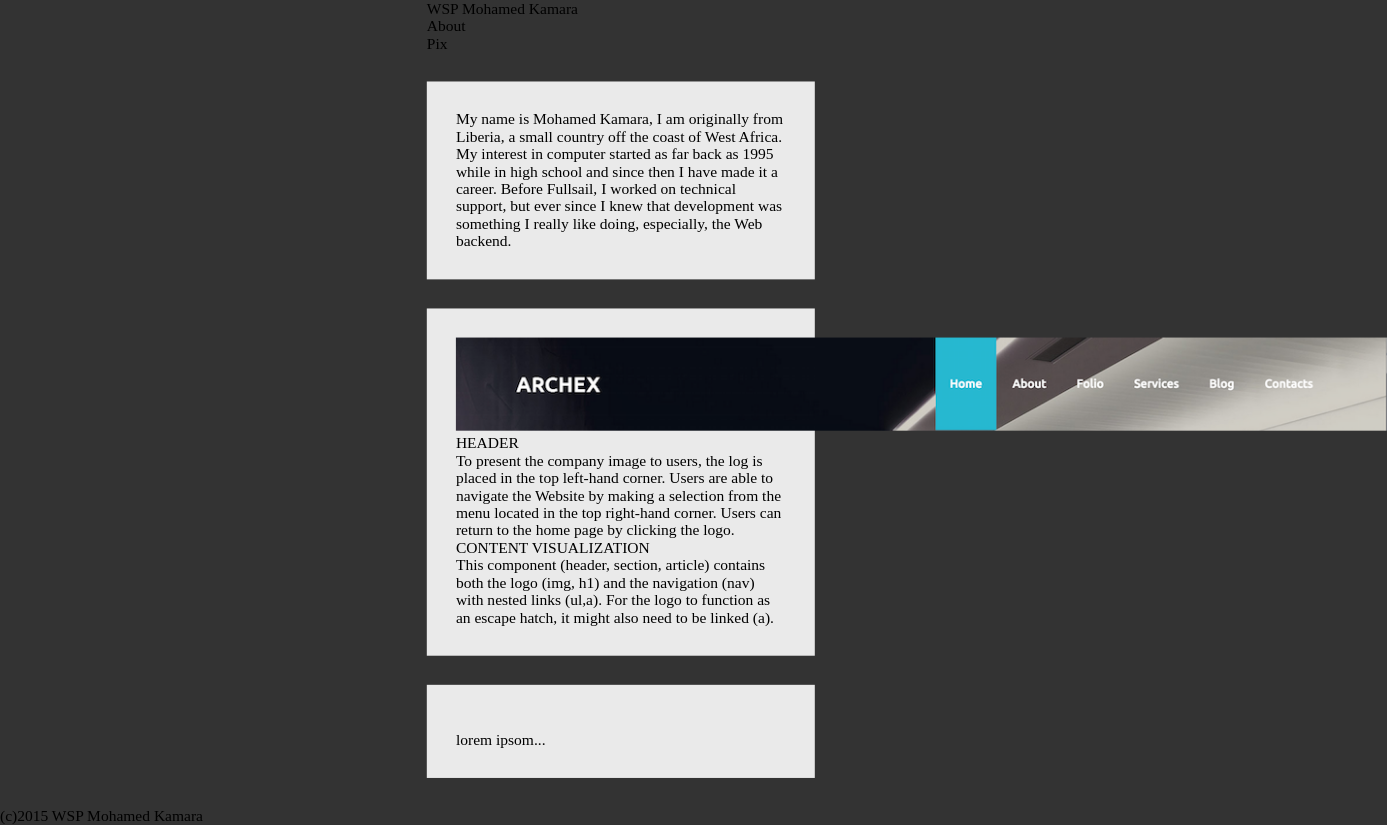
Repository: makamara/WSP_Project
Page: wsp/index.html
An editor plug-in stored every save of this project. The page is shown before and after the next save, followed by the edit.
The browser window is 1280 px wide. The page is 1430 px wide, so the pictures cover 1430 px, including what lies to the right of the window. The pictures show the whole page, at 97% of full size.

Above is the page before, as saved 2015-09-15 05:21:18.

### wsp/index.html
<!DOCTYPE html>
<html>
<head>
	<title>WSP: Mohamed Kamara</title>
	<link rel="stylesheet" type="text/css" href="css/reset.css" />
	<link rel="stylesheet" type="text/css" href="css/main.css" />
</head>
<body>


	<!-- Header -->
	<header>
		<h1>WSP Mohamed Kamara</h1>
	</header>

	<!-- About -->
	<section>
		<h1>About</h1>
		<div class="image">Pix</div>
		<article>
		<p>My name is Mohamed Kamara, I am originally from Liberia, a small country off the coast of West Africa. My interest in computer
		started as far back as 1995 while in high school and since then I have made it a career. Before Fullsail, I worked on technical
		support, but ever since I knew that development was something I really like doing, especially, the Web backend.
		</p>
		</article>
	</section>

	<!-- Blog, Components -->
	<section>

		<article>

			<img src="images/header.png" alt="" />
			<h1>HEADER</h1>
			<p>To present the company image to users, the log is placed in the top left-hand corner. Users are able to navigate the Website
			by making a selection from the menu located in the top right-hand corner. Users can return to the home page by clicking the logo.
			</p>
			<h1>CONTENT VISUALIZATION</h1>
			<p>This component (header, section, article) contains both the logo (img, h1) and the navigation (nav) with nested links (ul,a).
			For the logo to function as an escape hatch, it might also need to be linked (a).
			</p>
		</article>

		<article>
			<img src="" alt="" />
			<p>lorem ipsom...</p>
		</article>

	</section>
<footer>(c)2015 WSP Mohamed Kamara</footer>
</body>
</html>

### wsp/css/reset.css
/* CSS RESET
====================================================================================================
====================================================================================================
*/



html, body, div, main, span, applet, object, iframe,
h1, h2, h3, h4, h5, h6, p, blockquote, pre,
a, abbr, acronym, address, big, cite, code,
del, dfn, em, img, ins, kbd, q, s, samp,
small, strike, strong, sub, sup, tt, var,
b, u, i, center,
dl, dt, dd, ol, ul, li,
fieldset, form, label, legend, input, textarea,
table, caption, tbody, tfoot, thead, tr, th, td,
article, aside, canvas, details, embed,
figure, figcaption, footer, header, hgroup,
menu, nav, output, ruby, section, summary,
time, mark, audio, video,
::before, ::after {

	margin: 0; padding: 0;
	border: 0;
	font-size: 100%;
	font: inherit;
	vertical-align: baseline;
	text-decoration: none;

	box-sizing: border-box;

}

// HTML5 - Older browser support
// ======================================================================
article, aside, details, figcaption, figure,
footer, header, hgroup, menu, nav, section {
	display: block;
}


// BODY
// ======================================================================
body { line-height: 1; }


// LISTS - Clear bullets
// ======================================================================
ol, ul { list-style: none; }


// QUOTES
// ======================================================================
blockquote, q { quotes: none; }
blockquote:before, blockquote:after,
q:before, q:after {
	content: '';
	content: none;
}

// TABLES
// ======================================================================
table {
	border-collapse: collapse;
	border-spacing: 0;
}

### wsp/css/main.css
/* Project CSS
============================================================
============================================================*/
body {
    background: #333333;
}

header, section {
    width: 400px;
    margin: 0 auto;
}


/* HEADER ============================== */

/* ABOUT ============================== */

/* COMPONENTS ============================== */
article {
    background: #eaeaea;
    padding: 30px;
    margin: 30px 0;
}

After the next save:
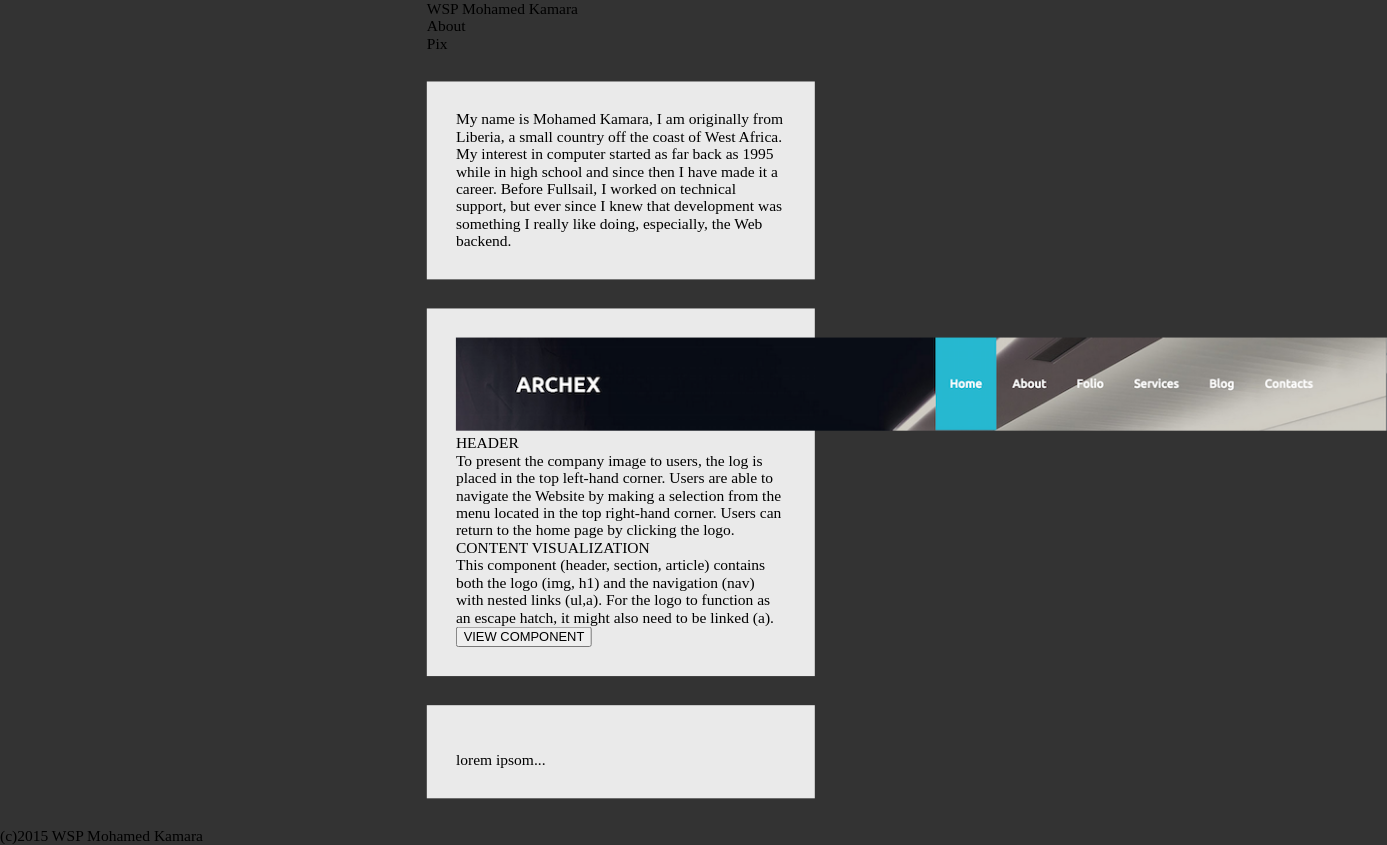
Saved 2 min 6 s later.
--- a/wsp/index.html
+++ b/wsp/index.html
@@ -39,6 +39,7 @@
 			<p>This component (header, section, article) contains both the logo (img, h1) and the navigation (nav) with nested links (ul,a).
 			For the logo to function as an escape hatch, it might also need to be linked (a).
 			</p>
+			<button type="button">VIEW COMPONENT</button>
 		</article>
 
 		<article>
